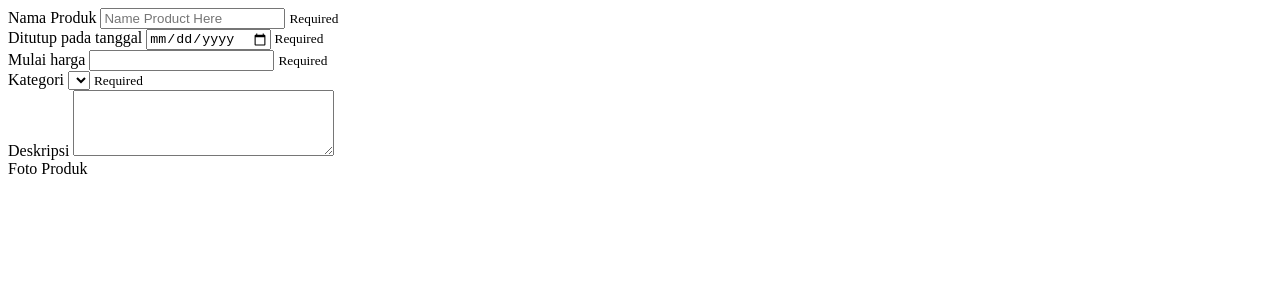
Repository: khulqu15/lelangyuk
Page: resources/views/livewire/dashboard/form/product.blade.php
The author's editor kept a copy of each file at every save. The page is drawn from the files as they stood at one save, then again after the next save.
The browser window is 1280 px wide. The pictures show the whole page.
The page is served by the project's Laravel application, run on PHP 8.4 with Laravel 8. Other server files are loaded and not shown. The template is opened directly, without the code that normally fills it, so the values that code supplies are empty.

Above is the page before, as saved 2021-02-20 08:06:17.

### routes/web.php
<?php

use App\Http\Controllers\AuctionController;
use App\Http\Controllers\ContactController;
use App\Http\Controllers\PageController;
use App\Http\Livewire\Page\Home;
use Illuminate\Support\Facades\Auth;
use Illuminate\Support\Facades\Route;

/*
|--------------------------------------------------------------------------
| Web Routes
|--------------------------------------------------------------------------
|
| Here is where you can register web routes for your application. These
| routes are loaded by the RouteServiceProvider within a group which
| contains the "web" middleware group. Now create something great!
|
*/

Route::get('/', [PageController::class, 'home'])->name('home');
Route::get('products', [PageController::class, 'products'])->name('products');
Route::get('contact', [PageController::class, 'contact'])->name('contact');
Route::get('product/{id}', [PageController::class, 'product'])->name('product');
Route::get('profile', [PageController::class, 'profile'])->name('profile');
Route::post('auction', [AuctionController::class, 'store'])->name('addAuction');

Route::post('send/email', [ContactController::class, 'store'])->name('sendEmail');

Route::get('home', [Home::class, 'render']);

Route::group(['middleware' => ['multi.auth', 'auth:sanctum', 'verified']], function() {
    Route::get('/dashboard', [PageController::class, 'dashboard'])->name('dashboard');
    Route::get('/dashboard-product', [PageController::class, 'dashboardProduct'])->name('dashboard.product');
    Route::get('/edit/product/{id}', [PageController::class, 'editProduct'])->name('editProduct');
    Route::post('/store/product', [PageController::class, 'storeProduct'])->name('storeProduct');
});

// Route::middleware(['auth:sanctum', 'verified'])->get('/dashboard', function () {
//     if(Auth::check()) {
//         if(Auth::user()->level == null || Auth::user()->level == 'user') {
//             return redirect()->route('home');
//         } else {
//             return view('dashboard');
//         }
//     }
// })->name('dashboard');

### resources/views/livewire/dashboard/form/product.blade.php
<div>
    <div class="container">
        <div class="row">
            <div class="col-md-12 py-4">
                @if ($method == 'edit')
                <button class="btn btnm-light py-2 mb-3"
                onclick="window.location = '{{ URL::previous() }}'"><i class="fas fa-arrow-left"></i> Kembali</button>
                <h3>{{ $method == 'edit' ? "Ubah produk $product->name" : "Tambah produk" }}</h3>
                @endif
                {{ $method }}
                <form action="{{ route('storeProduct') }}" method="POST" enctype="multipart/form-data">
                    @csrf
                    <div class="form-group mb-4">
                        <label for="name">Nama Produk</label>
                        <input value="{{ $method == 'edit' ? $product->name : '' }}" required type="text" class="form-control" name="name" id="name" aria-describedby="name-feedback" placeholder="Name Product Here">
                        <small id="name-feedback" class="form-text text-muted">Required</small>
                    </div>
                    <div class="form-group mb-4">
                        <label for="close">Ditutup pada tanggal</label>
                        <input value="{{ $method == 'edit' ?  date('Y-m-d', strtotime($product->close)) : '' }}" required type="date" class="form-control" name="close" id="close" aria-describedby="close-feedback">
                        <small id="close-feedback" class="form-text text-muted">Required</small>
                    </div>
                    <div class="form-group mb-4">
                        <label for="price">Mulai harga</label>
                        <input value="{{ $method == 'edit' ? $product->price : '' }}" required type="number" class="form-control" name="price" id="price" aria-describedby="price-feedback">
                        <small id="price-feedback" class="form-text text-muted">Required</small>
                    </div>
                    <div class="form-group mb-4">
                        <label for="category">Kategori</label>
                        <select required name="category" id="category" class="form-control" aria-describedby="ctr-feedback">
                            <option value="{{ $method == 'create' ? '' : $product->category_id }}">{{ $method == 'create' ? 'Pilih Category' : $product->category->name }}</option>
                            @foreach ($categories as $category)
                                <option value="{{ $category->id }}">{{ $category->name }}</option>
                            @endforeach
                        </select>
                        <small id="category-feedback" class="form-text text-muted">Required</small>
                    </div>
                    <div class="form-group mb-4">
                        <label for="description">Deskripsi</label>
                        <textarea name="description" id="description" class="form-control" required cols="30" rows="4">{{ $method == 'edit' ? $product->description : '' }}</textarea>
                    </div>
                    <div class="row">
                        <div class="col-md-6">
                            <label for="file">Foto Produk</label>
                        </div>
                        <div class="col-md-6 text-center">
                            <img src="{{ asset('img/product/'.$product->picture) }}" class="w-50 mx-auto" alt="">
                        </div>
                    </div>
                </form>
            </div>
        </div>
    </div>
</div>

After the next save:
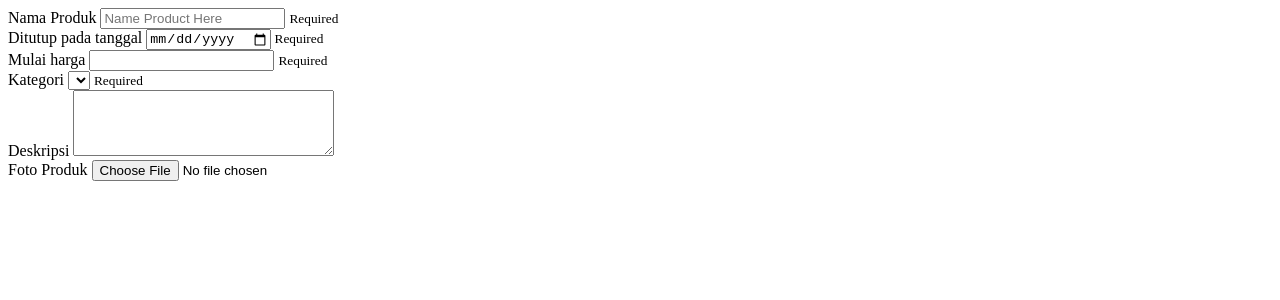
Saved 2 min 36 s later.
--- a/resources/views/livewire/dashboard/form/product.blade.php
+++ b/resources/views/livewire/dashboard/form/product.blade.php
@@ -42,6 +42,7 @@
                     <div class="row">
                         <div class="col-md-6">
                             <label for="file">Foto Produk</label>
+                            <input type="file" class="form-control" name="picture" id="file" required>
                         </div>
                         <div class="col-md-6 text-center">
                             <img src="{{ asset('img/product/'.$product->picture) }}" class="w-50 mx-auto" alt="">
